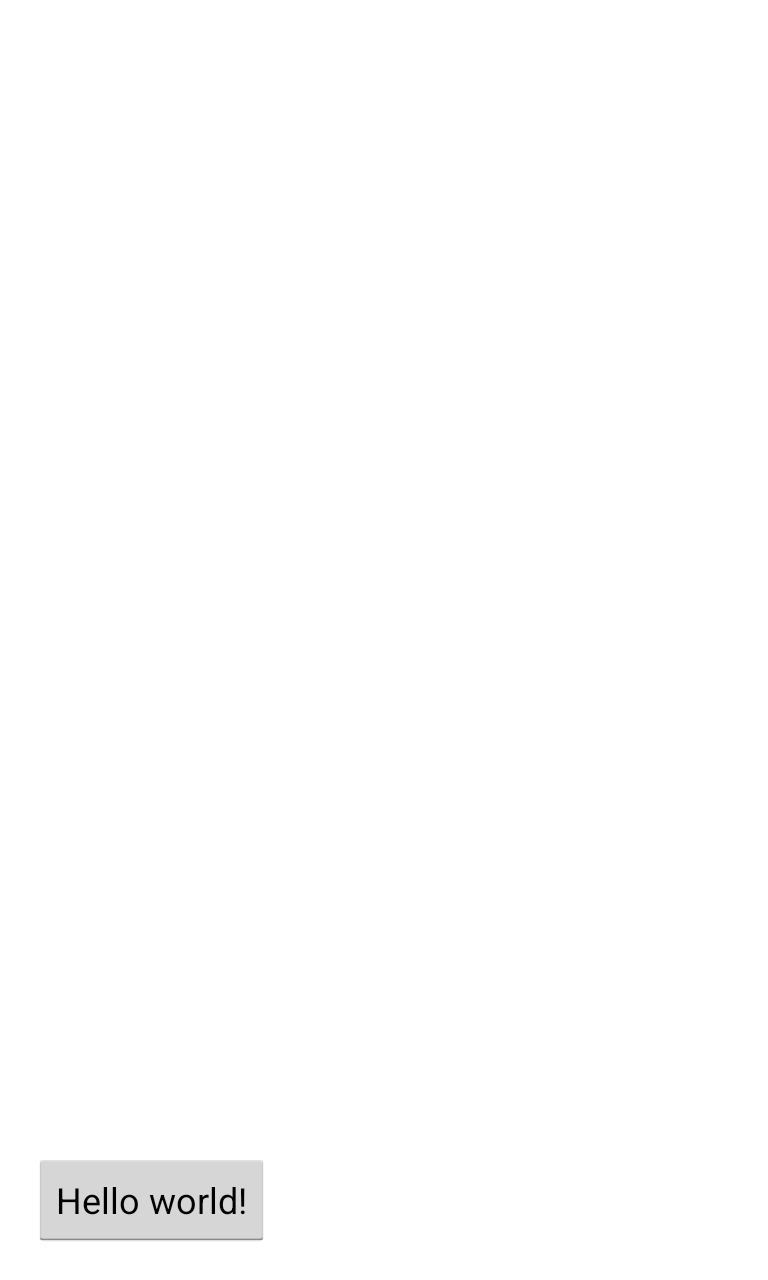
Repository: AndrewJey/Proyectos_De_Android
Layout: MiniAgenda/res/layout/activity_main.xml
An editor plug-in stored every save of this project. The layout is shown before and after the next save, followed by the edit.
It is drawn on a 768 x 1280 px phone screen (xhdpi) without system bars, with theme AppTheme; the app's code is not run. Lists and similar views that code fills are empty.

Above is the layout before, as saved 2014-09-06 20:35:07.

### MiniAgenda/res/layout/activity_main.xml
<RelativeLayout xmlns:android="http://schemas.android.com/apk/res/android"
    xmlns:tools="http://schemas.android.com/tools"
    android:layout_width="match_parent"
    android:layout_height="match_parent"
    android:paddingBottom="@dimen/activity_vertical_margin"
    android:paddingLeft="@dimen/activity_horizontal_margin"
    android:paddingRight="@dimen/activity_horizontal_margin"
    android:paddingTop="@dimen/activity_vertical_margin"
    tools:context="com.example.miniagenda.MainActivity" >

    <ListView
     android:id="@+id/listaMiniAgenda"
     android:layout_width="match_parent"
     android:layout_height="wrap_content"
     android:layout_alignParentTop="true"
     android:layout_above="@+id/MiniAgenda"
    />
    <TableLayout
        android:id="@+id/MiniAgenda"
        android:layout_width="match_parent"
        android:layout_height="wrap_content"
        android:stretchColumns="1"
        android:shrinkColumns="1"
        android:layout_alignParentBottom="true"
        >
        <TableRow >
            <Button
              android:layout_width="match_parent"
              android:layout_height="wrap_content"
              android:text="@string/insertar"
              android:onClick="insertarOnClick" />
        </TableRow>
    </TableLayout>
</RelativeLayout>

### MiniAgenda/res/values/strings.xml
<?xml version="1.0" encoding="utf-8"?>
<resources>

    <string name="app_name">MiniAgenda</string>
    <string name="insertar">Hello world!</string>
    <string name="action_settings">Settings</string>

</resources>

Loaded but not shown: MiniAgenda/res/values/styles.xml (common file); MiniAgenda/res/values-v11/styles.xml (common file); MiniAgenda/res/values-v14/styles.xml (common file); MiniAgenda/res/values/dimens.xml (common file); MiniAgenda/res/values-w820dp/dimens.xml (common file)

After the next save:
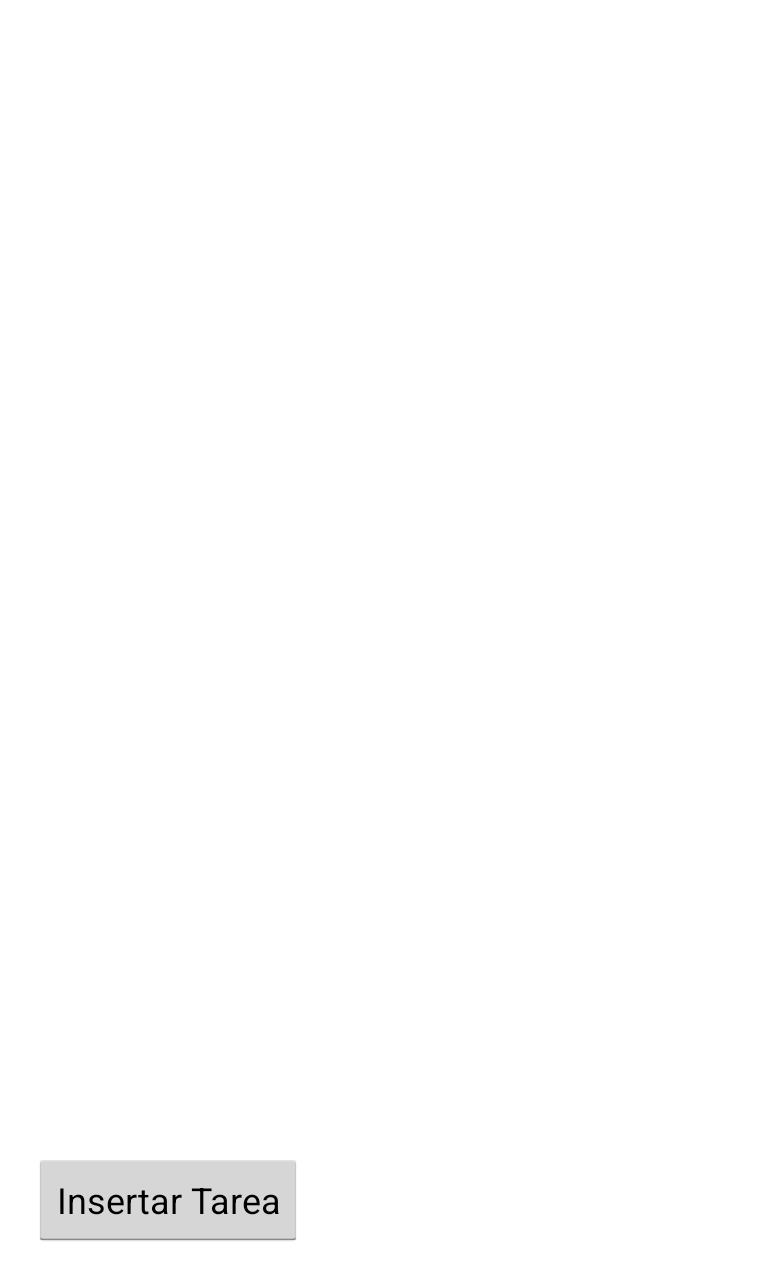
Saved 21 s later.
--- a/MiniAgenda/res/values/strings.xml
+++ b/MiniAgenda/res/values/strings.xml
@@ -2,7 +2,7 @@
 <resources>
 
     <string name="app_name">MiniAgenda</string>
-    <string name="insertar">Hello world!</string>
+    <string name="insertar">Insertar Tarea</string>
     <string name="action_settings">Settings</string>
 
 </resources>
